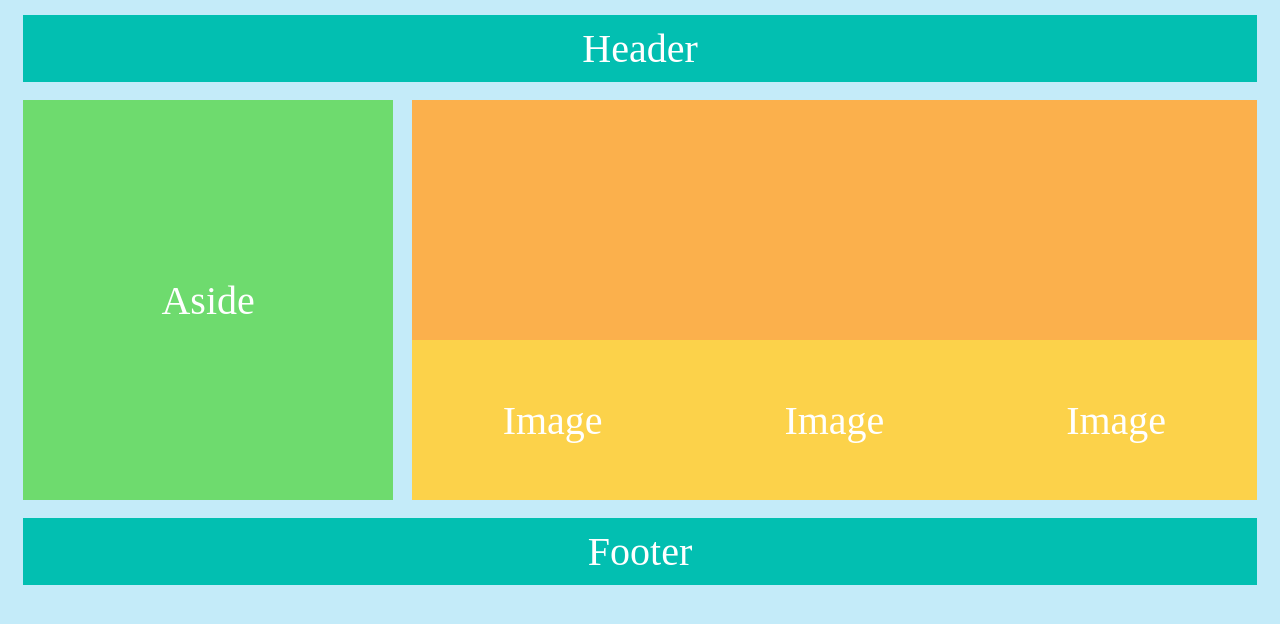
Repository: huyennvo/CSS
Page: flex-css-example/index.html
These files come from the project's save history. The page is drawn as it stood at one moment and after the next save; the edit follows.
The browser window is 1280 px wide. The pictures show the whole page.

Above is the page before, as saved 2022-07-18 11:18:09.

### flex-css-example/index.html
<!DOCTYPE html>
<html lang="en">
<head>
    <meta charset="UTF-8">
    <meta http-equiv="X-UA-Compatible" content="IE=edge">
    <meta name="viewport" content="width=device-width, initial-scale=1.0">
    <title>Flexbox example</title>
    <link rel="stylesheet" href="./index.css">
</head>
<body>
    <div class="container">
        <div class="header">
            Header
        </div>
        <br>
        <div class="body">
            <div class="body-left">Aside</div>
            <div class="body-right">

                <div class="item item1">Image</div>
                <div class="item item2">Image</div>
                <div class="item item3">Image</div>
            </div>
        </div>
        <br>
        <div class="footer">
            <footer>Footer</footer>
        </div>
    </div>
</body>
</html>

### flex-css-example/index.css
html {
    background-color: #C4EBF9;
}
 .container {
    align-content: center;
    margin: 15px;
    color: white;
}
.header {
    background-color: #02BFB1;
    text-align: center;
    font-size: 40px;
    padding: 10px;
}

.footer {
    background-color: #02BFB1;
    text-align: center;
    color: white;
    font-size: 40px;
    padding: 10px;
}

.body {
    display: flex;
    flex-direction: row;
    flex-wrap: wrap;
    justify-content: space-between;
}

.body-left {
    background-color: #6EDB6E;
    width: 30%;
    height: 400px;
    display: flex;
    justify-content: center;
    align-items: center;
    font-size: 40px;
}

.body-right {
    background-color: #FBB04C;
    width: 68.5%;
    height: 400px;
    display: flex;
    justify-content: center;
    align-items: flex-end;
    font-size: 40px;

}

.item {
     background-color: #FCD24A;
     display: flex;
     align-content: space-between;
     justify-content: center;
     align-items: center;
     width: 28%;
     height: 40%;
     flex-grow: 3;

}

After the next save:
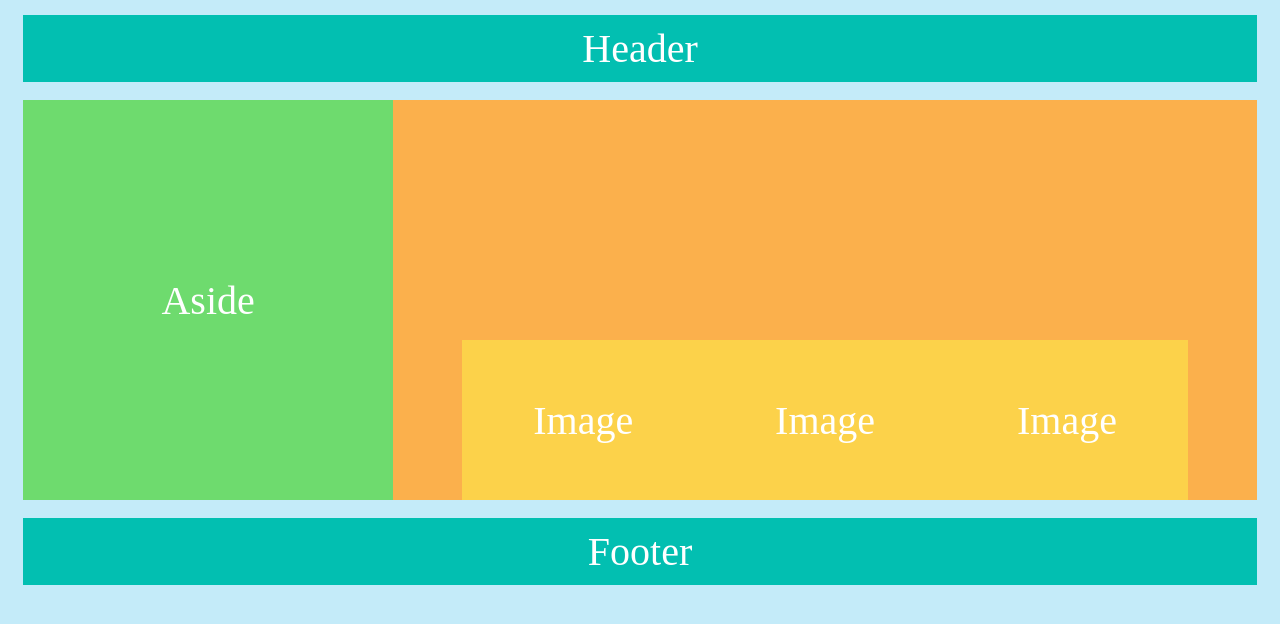
Saved 23 s later.
--- a/flex-css-example/index.css
+++ b/flex-css-example/index.css
@@ -46,6 +46,7 @@ html {
     justify-content: center;
     align-items: flex-end;
     font-size: 40px;
+    flex-grow: 3;
 
 }
 
@@ -57,6 +58,6 @@ html {
      align-items: center;
      width: 28%;
      height: 40%;
-     flex-grow: 3;
+
 
 }
